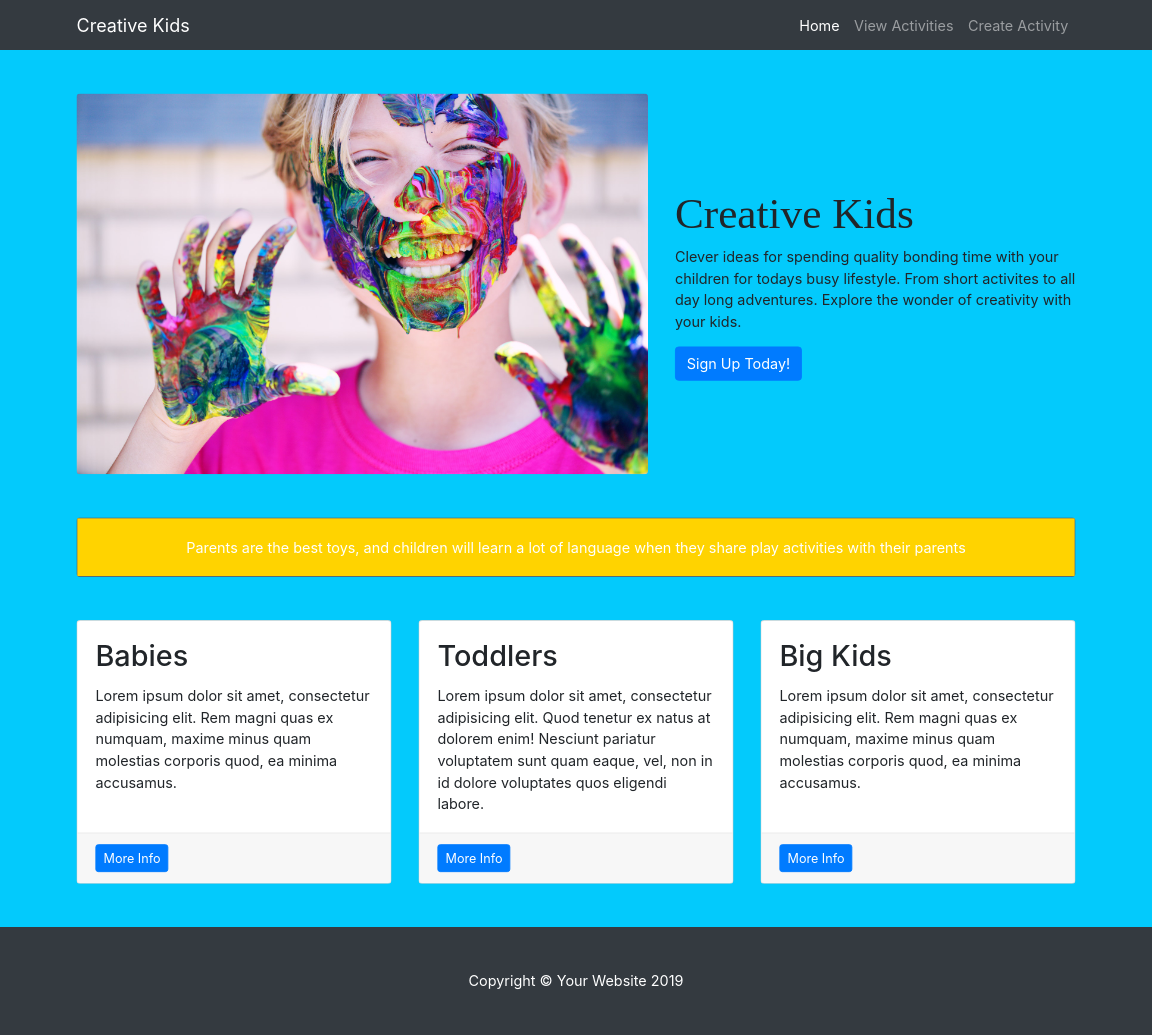
Repository: Neilfoster/milestone_project_3
Page: http://localhost/home
The author's editor kept a record of every edit. The page is drawn from the files as they stood at one moment, then again after the next edit.
The browser window is 1280 px wide. The pictures show the whole page, at 90% of full size.
Some web libraries are served in a nearby version. The page is served by the project's application, run on Flask 3 (app.py). Queries for data that is not in the repository find no rows.

Above is the page before.

### templates/home.html
{% extends "base.html" %}
{% block content %}

  <!-- Page Content -->
  <div class="container">

    <!-- Heading Row -->
    <div class="row align-items-center my-5">
      <div class="col-lg-7">
        <img class="img-fluid rounded mb-4 mb-lg-0" src="static/images/main-img.jpg" alt="kid with paint">
      </div>
      <!-- /.col-lg-8 -->
      <div class="col-lg-5">
        <h1 class="font-weight-light home_title">Creative Kids</h1>
        <p>Clever ideas for spending quality bonding time with your children for todays busy lifestyle. From short activites to all day long adventures. Explore the wonder of creativity with your kids.</p>
        <a class="btn btn-primary" href="#">Sign Up Today!</a>
      </div>
      <!-- /.col-md-4 -->
    </div>
    <!-- /.row -->

    <!-- Call to Action Well -->
    <div class="card text-white bg-secondary my-5  text-center">
      <div class="card-body cstm_jumb_home">
        <p class="text-white m-0">Parents are the best toys, and children will learn a lot of language when they share play activities with their parents</p>
      </div>
    </div>

    <!-- Content Row -->

    <div class="row">
      <div class="col-md-4 mb-5">
        <div class="card h-100">
          <div class="card-body">
            <h2 class="card-title">Babies</h2>
            <p class="card-text">Lorem ipsum dolor sit amet, consectetur adipisicing elit. Rem magni quas ex numquam, maxime minus quam molestias corporis quod, ea minima accusamus.</p>
          </div>
          <div class="card-footer">
            <a href="#" class="btn btn-primary btn-sm">More Info</a>
          </div>
        </div>
      </div>
      <!-- /.col-md-4 -->
      <div class="col-md-4 mb-5">
        <div class="card h-100">
          <div class="card-body">
            <h2 class="card-title">Toddlers</h2>
            <p class="card-text">Lorem ipsum dolor sit amet, consectetur adipisicing elit. Quod tenetur ex natus at dolorem enim! Nesciunt pariatur voluptatem sunt quam eaque, vel, non in id dolore voluptates quos eligendi labore.</p>
          </div>
          <div class="card-footer">
            <a href="#" class="btn btn-primary btn-sm">More Info</a>
          </div>
        </div>
      </div>
      <!-- /.col-md-4 -->
      <div class="col-md-4 mb-5">
        <div class="card h-100">
          <div class="card-body">
            <h2 class="card-title">Big Kids</h2>
            <p class="card-text">Lorem ipsum dolor sit amet, consectetur adipisicing elit. Rem magni quas ex numquam, maxime minus quam molestias corporis quod, ea minima accusamus.</p>
          </div>
          <div class="card-footer">
            <a href="#" class="btn btn-primary btn-sm">More Info</a>
          </div>
        </div>
      </div>
      <!-- /.col-md-4 -->

    </div>
    <!-- /.row -->

  </div>
  <!-- /.container -->

  {% endblock %}
</body>

</html>

### templates/base.html
<!DOCTYPE html>
<html lang="en">

<head>

  <meta charset="utf-8">
  <meta name="viewport" content="width=device-width, initial-scale=1, shrink-to-fit=no">
  <meta name="description" content="">
  <meta name="author" content="">

  <title>Creative Kids</title>

  <!-- Bootstrap core CSS -->
  <link href="static/css/bootstrap.min.css" rel="stylesheet">

  <!-- CDN for Bootstrap core CSS -->
  <!-- <link rel="stylesheet" href="https://stackpath.bootstrapcdn.com/bootstrap/4.3.1/css/bootstrap.min.css" type="text/css" /> -->

  <!-- Custom styles for this template -->
  <link href="static/css/small-business.css" rel="stylesheet">

  <!-- Custom styles-->
  <link href="static/css/style.css" rel="stylesheet">

</head>

<body>

  <!-- Navigation -->
  <nav class="navbar navbar-expand-lg navbar-dark bg-dark fixed-top">
    <div class="container">
      <a class="navbar-brand" href="#">Creative Kids</a>
      <button class="navbar-toggler" type="button" data-toggle="collapse" data-target="#navbarResponsive" aria-controls="navbarResponsive" aria-expanded="false" aria-label="Toggle navigation">
        <span class="navbar-toggler-icon"></span>
      </button>
      <div class="collapse navbar-collapse" id="navbarResponsive">
        <ul class="navbar-nav ml-auto">
          <li class="nav-item active">
            <a class="nav-link" href="#">Home
              <span class="sr-only">(current)</span>
            </a>
          </li>
          <li class="nav-item">
            <a class="nav-link" href="#">View Activities</a>
          </li>
          <li class="nav-item">
            <a class="nav-link" href="#">Create Activity</a>
          </li>

        </ul>
      </div>
    </div>
  </nav>

  {% block content %} {% endblock %}



  <!-- Footer -->
  <footer class="py-5 bg-dark">
    <div class="container">
      <p class="m-0 text-center text-white">Copyright &copy; Your Website 2019</p>
    </div>
    <!-- /.container -->
  </footer>


  <!-- Bootstrap core JavaScript -->
  <script src="static/js/jquery.min.js"></script>
  <script src="static/js/bootstrap.bundle.min.js"></script>

<!-- Font Awesome js-->
  <script src="https://kit.fontawesome.com/8aa891fdce.js" crossorigin="anonymous"></script>
</body>

</html>

### app.py
import os
from flask import Flask, render_template, redirect, request, url_for
from flask_pymongo import PyMongo
from bson.objectid import ObjectId

app = Flask(__name__)

app.config["MONGO_DBNAME"] = 'milestoneproject3me'
app.config["MONGO_URI"] = os.environ.get('mongo_uri')

mongo = PyMongo(app)

@app.route('/')
@app.route('/home')
def get_activities():
    return render_template("home.html",
    activities=mongo.db.Activities.find())

@app.route('/activity_view')
def activity_view():
    return render_template('activity_view.html',
    activities=mongo.db.Activities.find().limit(6),
    ages=mongo.db.age.age_group.find(),
    durations=mongo.db.duration.activity_duration.find())

@app.route('/add_activity', methods=['POST', 'GET'])
def add_activity():
    return render_template('add_activity.html',
    ages=mongo.db.age.find(),
    durations=mongo.db.duration.activity_duration.find())

@app.route('/insert_activity', methods=['POST'])
def insert_activity():
    activities=mongo.db.Activities
    activities.insert_one(request.form.to_dict())
    return redirect(url_for('activity_view'))


if __name__ == "__main__":
    app.run(host=os.environ.get('IP'),
        port=int(os.environ.get('PORT')),
        debug=True)

### static/css/style.css
body {
    background-color: #03cafc;

}

.forum_text {
    margin-left: 1%;
}

.my_button{
    margin-bottom: 2%;
}

.cstmnav{
    background-color: #ffd300;
}

.cstm_jumb{
    border: 5px solid #ffd300;
    border-radius:1%;
    margin-top: 5%;
}

.cstm_select {
    border: 2px solid #ffd300;
    border-radius:1%;
    margin-top:1%;
    margin-bottom: 1%;
}

.cstm_card {
    border: 2px solid #ffd300;
    border-radius:1%;
    margin:1%;
}

.cstm_jumb_home{
    background-color: #ffd300;
}

.nav_txt {
    font-size:2rem;
    font-family: 'Butterfly Kids', cursive;
}

.home_title {
    font-family: 'Butterfly Kids', cursive;
    font-size:3rem;
}

.add_forum {
     border: 2px solid #ffd300;
    border-radius:1%;
}

.add_title {
    font-family: 'Butterfly Kids', cursive;
    font-size: 4rem;
}

Loaded but not shown: static/css/bootstrap.min.css (library); static/css/small-business.css (common file); static/js/jquery.min.js (library); static/js/bootstrap.bundle.min.js (library)

After the next edit:
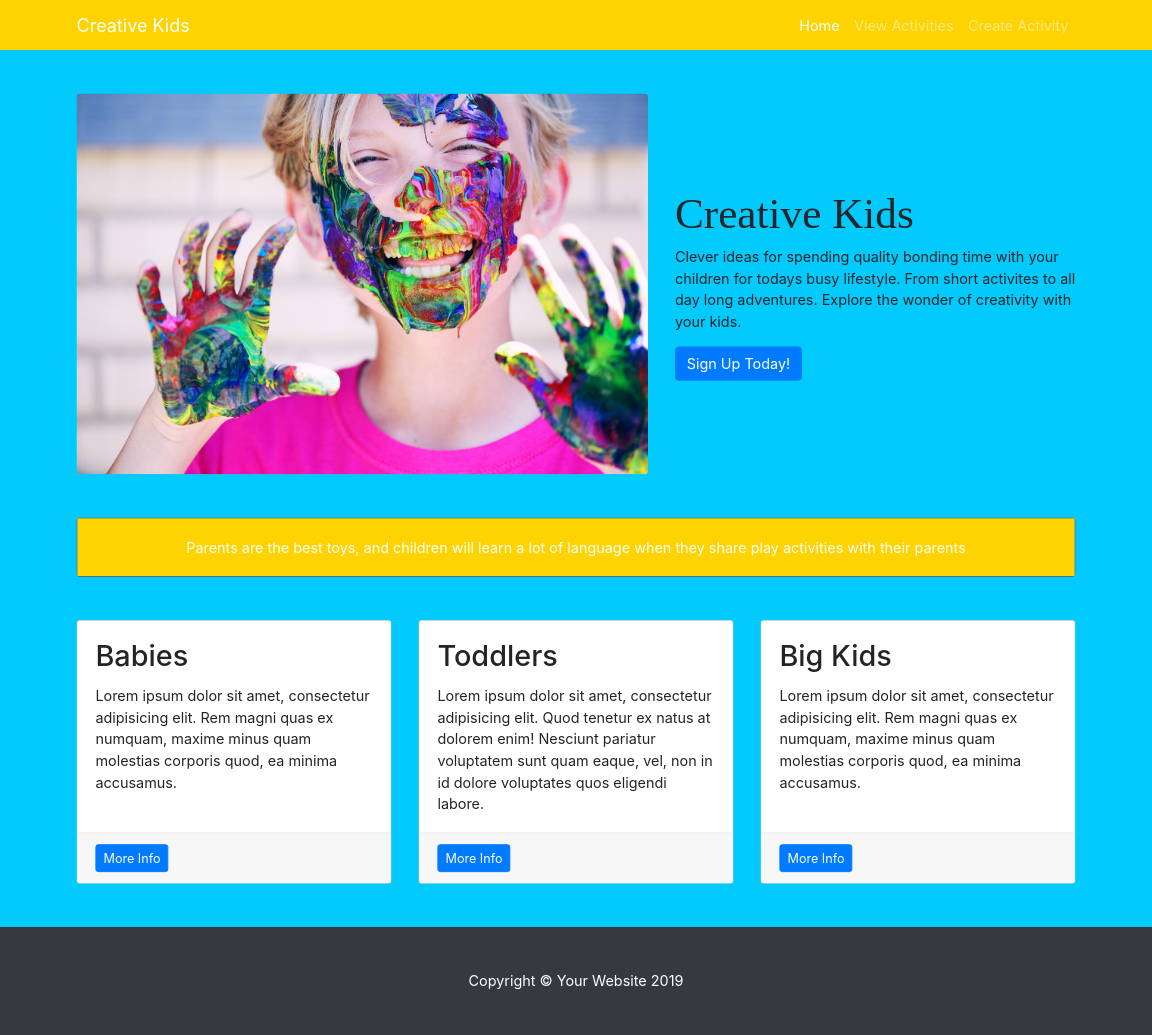
The edit:
--- a/templates/base.html
+++ b/templates/base.html
@@ -27,7 +27,7 @@
 <body>
 
   <!-- Navigation -->
-  <nav class="navbar navbar-expand-lg navbar-dark bg-dark fixed-top">
+  <nav class="navbar navbar-expand-lg navbar-dark fixed-top cstmnav">
     <div class="container">
       <a class="navbar-brand" href="#">Creative Kids</a>
       <button class="navbar-toggler" type="button" data-toggle="collapse" data-target="#navbarResponsive" aria-controls="navbarResponsive" aria-expanded="false" aria-label="Toggle navigation">
